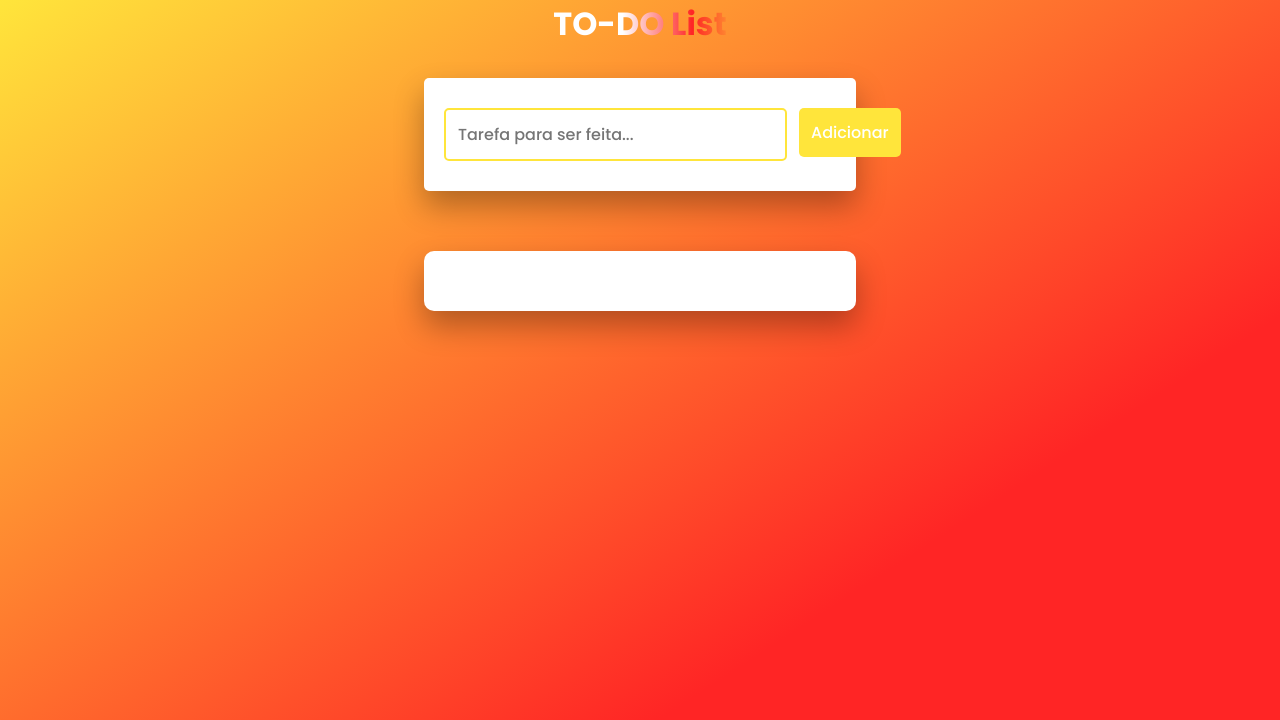
Repository: PetersonAntonyDev/python-flask-
Page: index.html
An editor plug-in stored every save of this project. The page is shown before and after the next save, followed by the edit.
The browser window is 1280 px wide. The pictures show the whole page.
Some web libraries are served in a nearby version.

Above is the page before, as saved 2022-07-26 14:23:31.

After the next save:
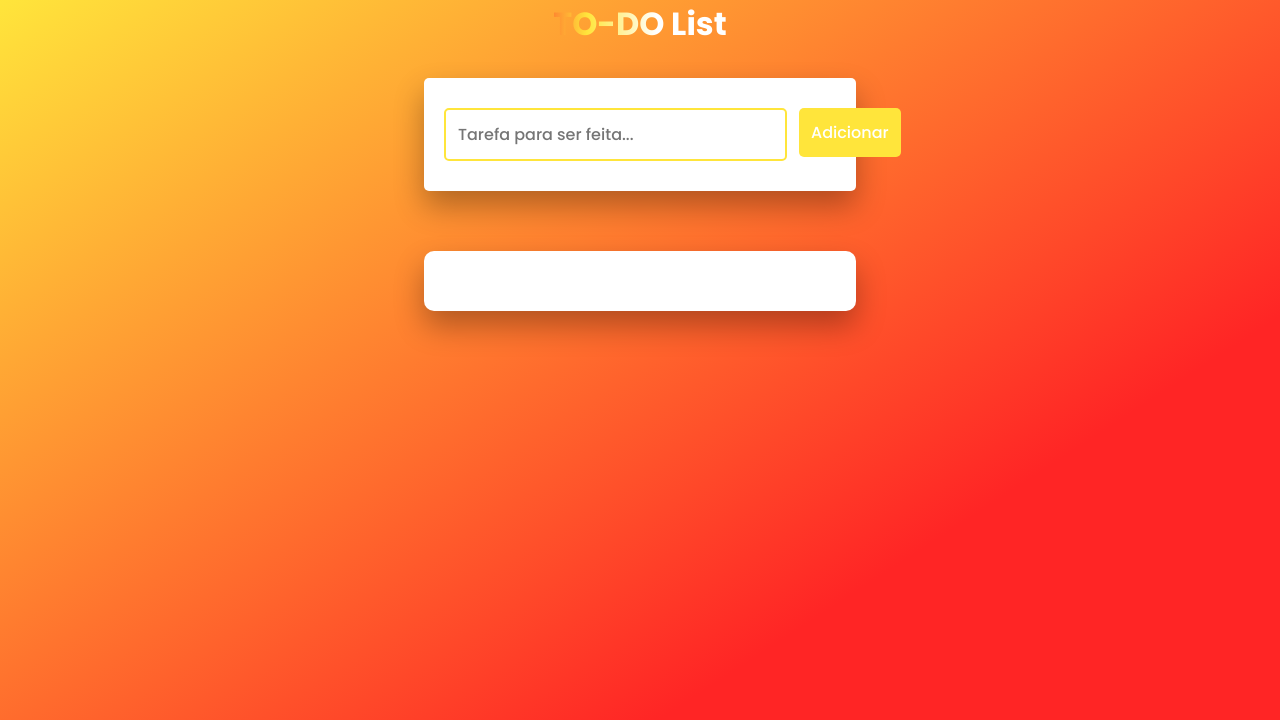
Saved 31 s later.
--- a/style.css
+++ b/style.css
@@ -25,6 +25,12 @@ h1 {
             -webkit-background-clip: text;
             -webkit-text-fill-color: transparent;
             animation: animate 2s linear infinite;
+}
+
+@keyframes animate {
+    to {
+        background-position: 200% center;
+    }
 }
 
 .container {
